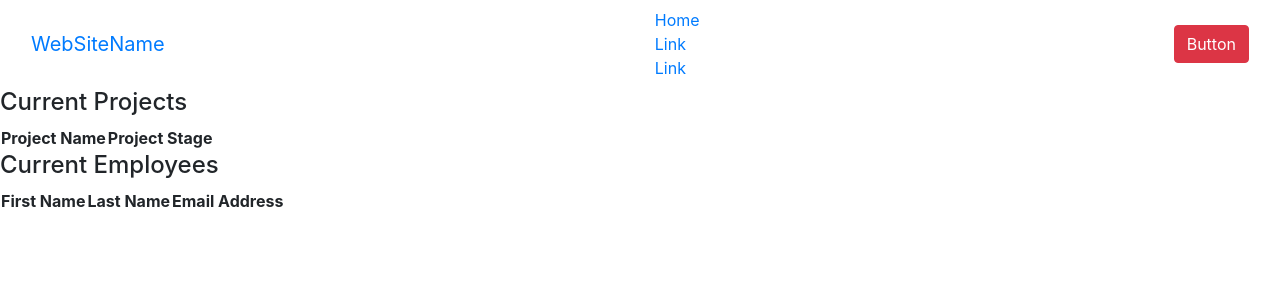
Repository: ynagay/SpringBoot
Page: http://localhost/main/home
An editor plug-in stored every save of this project. The page is shown before and after the next save, followed by the edit.
The browser window is 1280 px wide. The pictures show the whole page.
The page is this project's Thymeleaf template; nobody is signed in. The template is opened directly, without the code that normally fills it, so the values that code supplies are empty.

Above is the page before, as saved 2022-01-09 03:05:33.

After the next save:
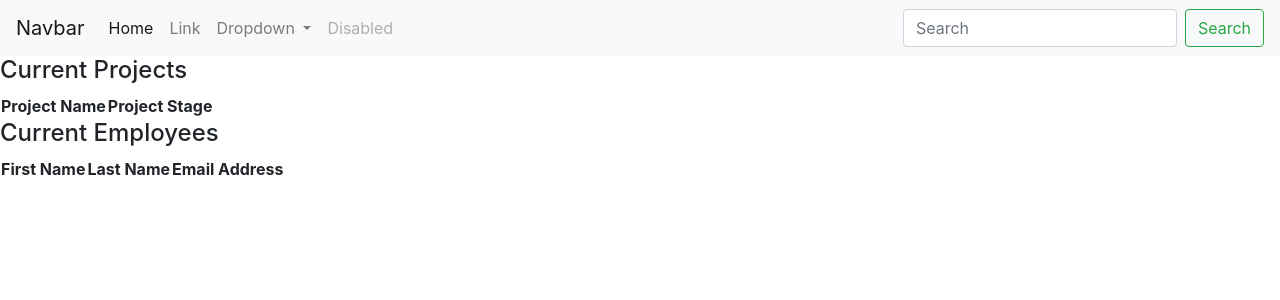
Saved 2 min 17 s later.
--- a/project-managment/src/main/resources/templates/main/home.html
+++ b/project-managment/src/main/resources/templates/main/home.html
@@ -16,17 +16,39 @@
 
 <body>
 
-<nav class="navbar navbar-inverse">
-  <div class="container-fluid">
-    <div class="navbar-header">
-      <a class="navbar-brand" href="#">WebSiteName</a>
-    </div>
-    <ul class="nav navbar-nav">
-      <li class="active"><a href="#">Home</a></li>
-      <li><a href="#">Link</a></li>
-      <li><a href="#">Link</a></li>
+<nav class="navbar navbar-expand-lg navbar-light bg-light">
+  <a class="navbar-brand" href="#">Navbar</a>
+  <button class="navbar-toggler" type="button" data-toggle="collapse" data-target="#navbarSupportedContent" aria-controls="navbarSupportedContent" aria-expanded="false" aria-label="Toggle navigation">
+    <span class="navbar-toggler-icon"></span>
+  </button>
+
+  <div class="collapse navbar-collapse" id="navbarSupportedContent">
+    <ul class="navbar-nav mr-auto">
+      <li class="nav-item active">
+        <a class="nav-link" href="#">Home <span class="sr-only">(current)</span></a>
+      </li>
+      <li class="nav-item">
+        <a class="nav-link" href="#">Link</a>
+      </li>
+      <li class="nav-item dropdown">
+        <a class="nav-link dropdown-toggle" href="#" id="navbarDropdown" role="button" data-toggle="dropdown" aria-haspopup="true" aria-expanded="false">
+          Dropdown
+        </a>
+        <div class="dropdown-menu" aria-labelledby="navbarDropdown">
+          <a class="dropdown-item" href="#">Action</a>
+          <a class="dropdown-item" href="#">Another action</a>
+          <div class="dropdown-divider"></div>
+          <a class="dropdown-item" href="#">Something else here</a>
+        </div>
+      </li>
+      <li class="nav-item">
+        <a class="nav-link disabled" href="#">Disabled</a>
+      </li>
     </ul>
-    <button class="btn btn-danger navbar-btn">Button</button>
+    <form class="form-inline my-2 my-lg-0">
+      <input class="form-control mr-sm-2" type="search" placeholder="Search" aria-label="Search">
+      <button class="btn btn-outline-success my-2 my-sm-0" type="submit">Search</button>
+    </form>
   </div>
 </nav>
 
